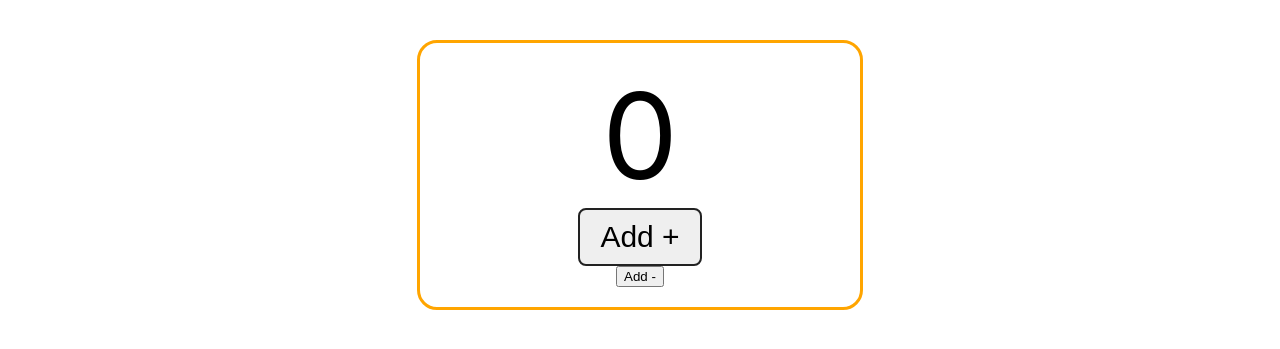
Repository: dnjfht/css-example
Page: /
The author's editor kept a copy of each file at every save. The page is drawn from the files as they stood at one save, then again after a run of saves.
The browser window is 1280 px wide. The pictures show the whole page.
The project was rebuilt for these pictures with package versions that can differ from the ones it lists, and the page was loaded fresh each time.

Above is the page before, as saved 2023-05-09 18:47:53.

### src/App.js
import React, { useState } from "react";
import Counter from "./components/Counter";

export default function App() {
  const [count, setCount] = useState(0);
  return (
    <div>
      <Counter count={count} setCount={setCount} />
    </div>
  );
}

### src/components/Counter.jsx
import React from "react";

export default function Counter({ count, setCount }) {
  const handleClickCountUp = () => {
    setCount(count + 1);
  };

  const handleClickCountDown = () => {
    if (count > 0) setCount(count - 1);
  };

  return (
    <div
      style={{
        width: 400,
        padding: 20,
        margin: "40px auto",
        border: "3px solid orange",
        borderRadius: 20,
        display: "flex",
        flexDirection: "column",
        alignItems: "center",
      }}
    >
      <span style={{ fontSize: 120 }}>{count}</span>
      <button
        style={{
          padding: "10px 20px",

          border: "2px solid #222",
          borderRadius: 8,
          fontSize: 30,
        }}
        onClick={handleClickCountUp}
      >
        Add +
      </button>
      <button onClick={handleClickCountDown}>Add -</button>
    </div>
  );
}

Loaded but not shown: public/index.html (common file); src/index.js (common file); src/index.css (common file); src/reportWebVitals.js (common file)

After the next 2 saves:
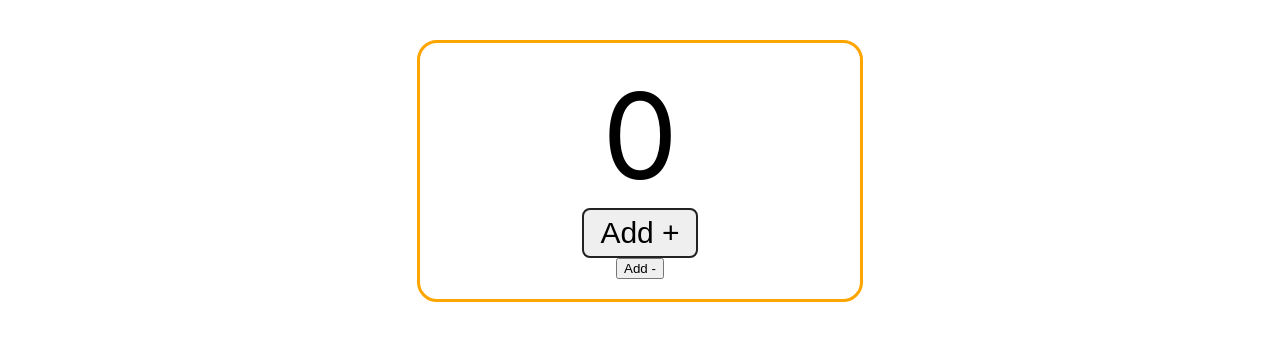
The 2 saves are shown as one change because they came seconds apart.
The last was saved 15 s later.
--- a/src/components/Counter.jsx
+++ b/src/components/Counter.jsx
@@ -25,7 +25,7 @@ export default function Counter({ count, setCount }) {
       <span style={{ fontSize: 120 }}>{count}</span>
       <button
         style={{
-          padding: "10px 20px",
+          padding: "6px 16px",
 
           border: "2px solid #222",
           borderRadius: 8,
